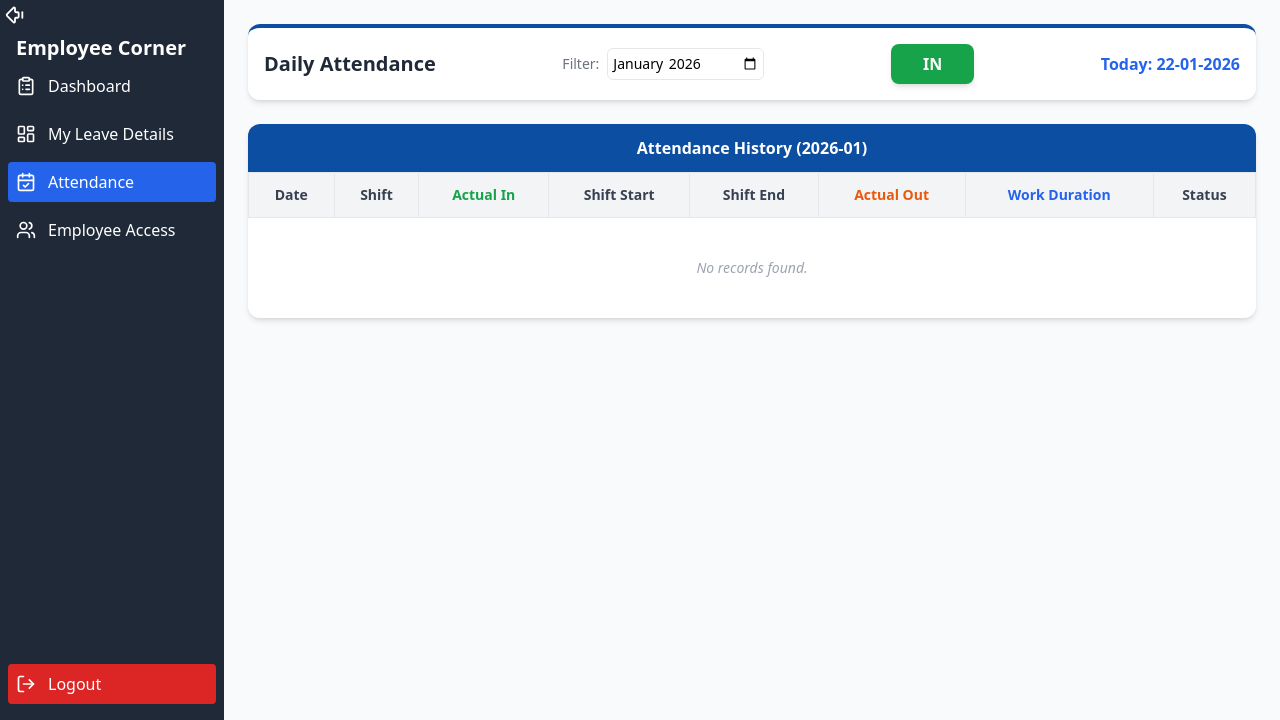
Repository: sixfoxtechnology123/DORIKA_HOSPITAL
Page: /EmployeeAttendance
An editor plug-in stored every save of this project. The page is shown before and after the next save, followed by the edit.
The browser window is 1280 px wide. The pictures show the whole page.
The project was rebuilt for these pictures with package versions that can differ from the ones it lists, and the page was loaded fresh each time. Also part of the build but not shown: src/component/HomePage.js, src/component/BackButton.js, src/Master/MasterPage.js, src/component/Sidebar.js, src/Master/DepartmentList.js, src/Master/DepartmentMaster.js, src/Master/DesignationMaster.js, src/Master/DesignationList.js and 40 more.

Above is the page before, as saved 2026-01-23 06:04:31.

After the next save:
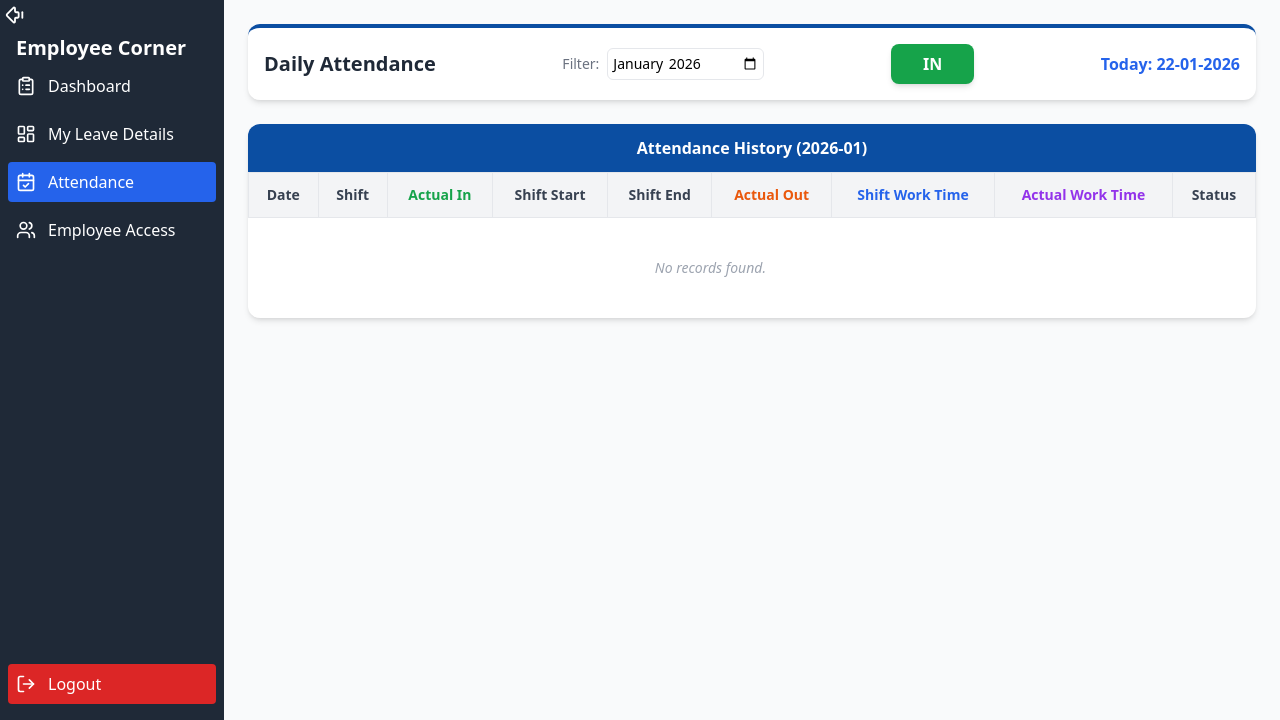
Saved 2 min 57 s later.
--- a/src/EmployeeCorner/EmployeeAttendance.js
+++ b/src/EmployeeCorner/EmployeeAttendance.js
@@ -184,7 +184,8 @@ const EmployeeAttendance = () => {
             <th className="p-3 border">Shift Start</th> {/* New */}
             <th className="p-3 border">Shift End</th> {/* New */}
             <th className="p-3 border text-orange-600">Actual Out</th> {/* New */}
-            <th className="p-3 border text-blue-600">Work Duration</th>
+            <th className="p-3 border text-blue-600">Shift Work Time</th> {/* Official */}
+    <th className="p-3 border text-purple-600">Actual Work Time</th>
             <th className="p-3 border">Status</th>
           </tr>
         </thead>
